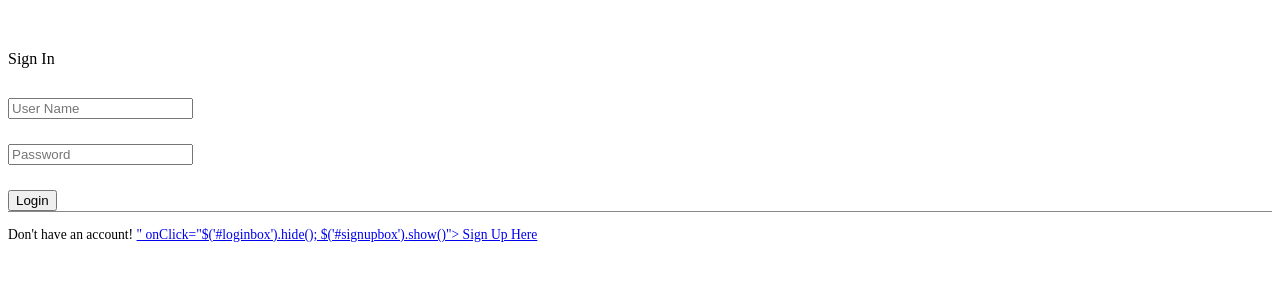
Repository: SmithaMendonca/Project-2
Page: EduCollaborationFrontend/WebContent/c_user/Login.html
An editor plug-in stored every save of this project. The page is shown before and after the next save, followed by the edit.
The browser window is 1280 px wide. The pictures show the whole page.

Above is the page before, as saved 2019-07-12 05:10:35.

### EduCollaborationFrontend/WebContent/c_user/Login.html
<div class="container">
        <div id="loginbox" style="margin-top:50px;" class="mainbox col-md-6 col-md-offset-3 col-sm-8 col-sm-offset-2">
            <div class="panel panel-info" >
                    <div class="panel-heading">
                        <div class="panel-title">Sign In</div>
                    </div>

                    <div style="padding-top:30px" class="panel-body" >

                        <div style="display:none" id="login-alert" class="alert alert-danger col-sm-12"></div>

                        <form action="perform_login" method="post" role="form">

                            <div style="margin-bottom: 25px" class="input-group">
                                        <span class="input-group-addon"><i class="glyphicon glyphicon-user"></i></span>
                                        <input id="login-username" type="text" class="form-control" name="username" value="" placeholder="User Name">
                                    </div>

                            <div style="margin-bottom: 25px" class="input-group">
                                        <span class="input-group-addon"><i class="glyphicon glyphicon-lock"></i></span>
                                        <input id="login-password" type="password" class="form-control" name="password" placeholder="Password">
                                    </div>


                                <div style="margin-top:10px" class="form-group">
                                    <!-- Button -->
                                    <div class="col-sm-12 controls">
                                         <input type="submit" value="Login" class="btn btn-success"/>
                                    </div>
                                </div>


                                <div class="form-group">
                                    <div class="col-md-12 control">
                                        <div style="border-top: 1px solid#888; padding-top:15px; font-size:85%" >
                                            Don't have an account!
                                        <a href="<c:url value="/register"/>" onClick="$('#loginbox').hide(); $('#signupbox').show()">
                                            Sign Up Here
                                        </a>
                                        </div>
                                    </div>
                                </div>
                            </form>
                         </div>
                    </div>
               </div>
    </div>

</body>
</html>

After the next save:
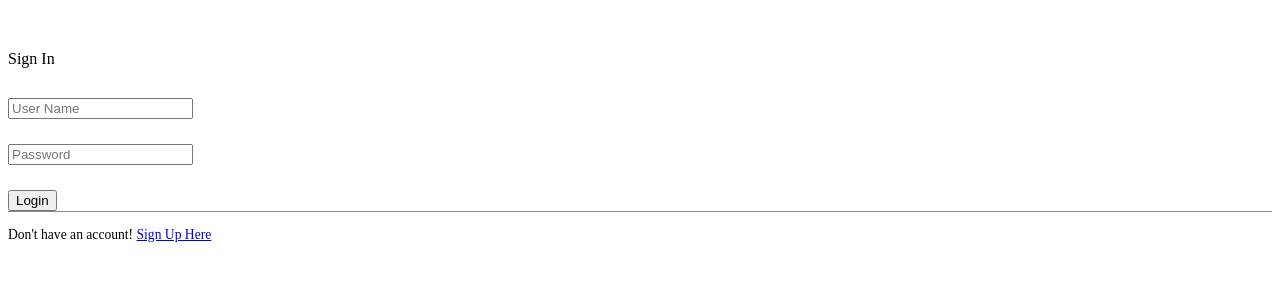
Saved 36 s later.
--- a/EduCollaborationFrontend/WebContent/c_user/Login.html
+++ b/EduCollaborationFrontend/WebContent/c_user/Login.html
@@ -34,7 +34,7 @@
                                     <div class="col-md-12 control">
                                         <div style="border-top: 1px solid#888; padding-top:15px; font-size:85%" >
                                             Don't have an account!
-                                        <a href="<c:url value="/register"/>" onClick="$('#loginbox').hide(); $('#signupbox').show()">
+                                        <a href="#">
                                             Sign Up Here
                                         </a>
                                         </div>
